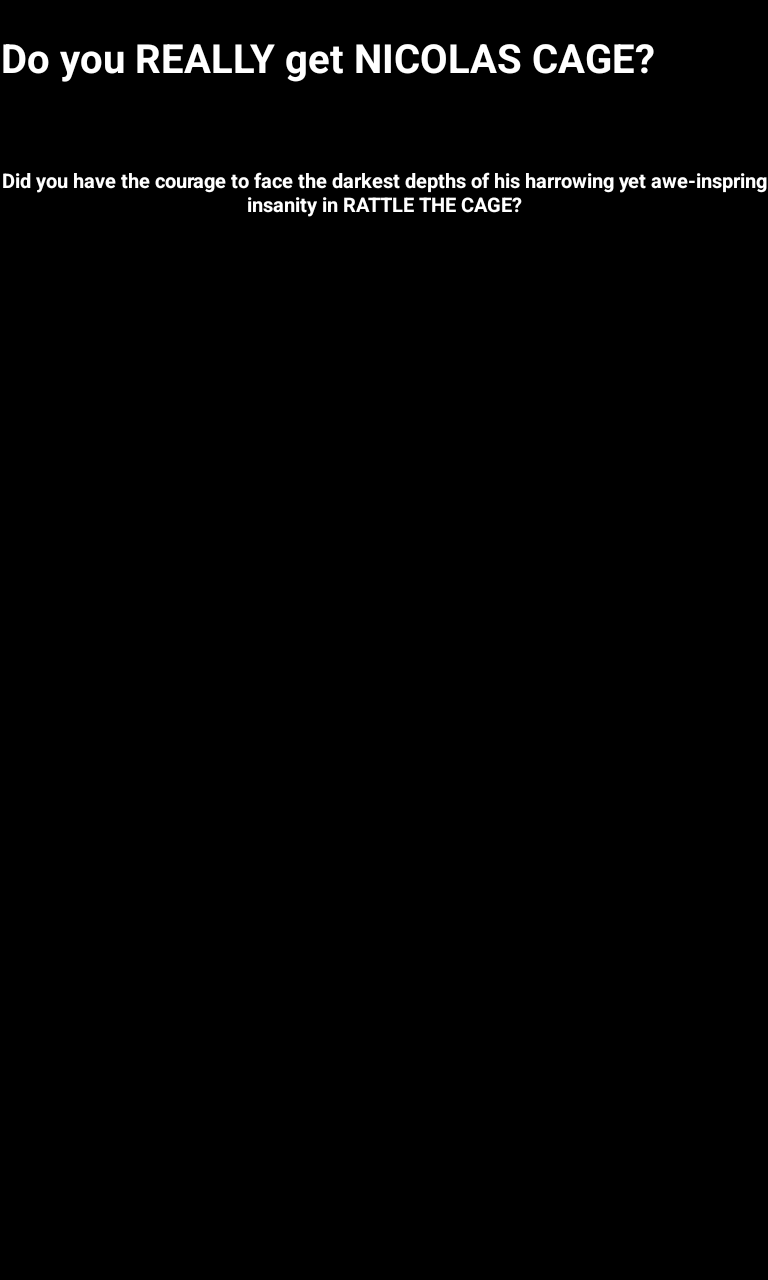
Repository: kylenicola/NicCageMobileApp
Layout: NicolasCageApp/res/layout/activity_score_menu.xml
The author's editor kept a copy of each file at every save. The layout is drawn from the files as they stood at one save, then again after a run of saves.
It is drawn on a 768 x 1280 px phone screen (xhdpi) without system bars, with theme AppTheme; the app's code is not run.

Above is the layout before, as saved 2014-12-04 02:14:04.

### NicolasCageApp/res/layout/activity_score_menu.xml
<?xml version="1.0" encoding="utf-8"?>

<LinearLayout xmlns:android="http://schemas.android.com/apk/res/android"
	android:layout_width="match_parent"
	android:layout_height="match_parent"
	android:background="@android:color/background_dark"
	android:orientation="vertical" >

	 <TextView
	     android:id="@+id/scoreMenuTitle"
	     android:layout_width="wrap_content"
	     android:layout_height="wrap_content"
	     android:gravity="center"
	     android:layout_marginTop="15dp"
	     android:text="@string/score_menu_title"
	     android:textSize="20sp"
	     android:textStyle="bold"
	     android:textColor="@android:color/white" />

	 <Button
		android:id="@+id/button_scoreRattleTheCage"
	    android:layout_width="wrap_content"
	    android:layout_height="wrap_content"
	    android:layout_gravity="center"
	    android:layout_marginTop="30dp"
	    android:background="android:color/dkgray"
	    android:text="@string/rattle_the_cage_score_description"
	    android:textColor="@android:color/white"
	    android:textStyle="bold"
	    android:textSize="10sp"
	    android:OnClick="onClickRattleTheCageScore" />




</LinearLayout>

### NicolasCageApp/res/values/strings.xml
<?xml version="1.0" encoding="utf-8"?>
<resources>

    <string name="app_name">NicolasCageApp</string>
    <string name="hello_world">Hello world!</string>
    <string name="action_settings">Settings</string>
    <string name="title_activity_abcs_with_nic">AbcsWithNic</string>
    <string name="takeQuiz">TAKE THE QUIZ</string>
    <string name="title_activity_settings">Settings</string>
    <string name="slow_down_ABCs">Slow down A, B, C game</string>
    <string name="noSlowDown">NICOLAS CAGE SLOWS DOWN FOR NO MAN</string>
    <string name="score_title">Scores</string>
    <string name="rattle_the_cage_title">Rattle The Cage</string>
    <string name="rattle_the_cage_label">Total Score: </string>
    <string name="title_activity_score_menu">ScoreMenu</string>
    <string name="score_menu_title">Do you REALLY get NICOLAS CAGE?</string>
    <string name="rattle_the_cage_score_description">Did you have the courage to face the darkest depths of his harrowing yet awe-inspring insanity in RATTLE THE CAGE?</string>
    <string name="title_activity_rattle_the_cage_score">RattleTheCageScore</string>

</resources>

Loaded but not shown: NicolasCageApp/res/values/styles.xml (common file); NicolasCageApp/res/values-v11/styles.xml (common file); NicolasCageApp/res/values-v14/styles.xml (common file)

After the next 2 saves:
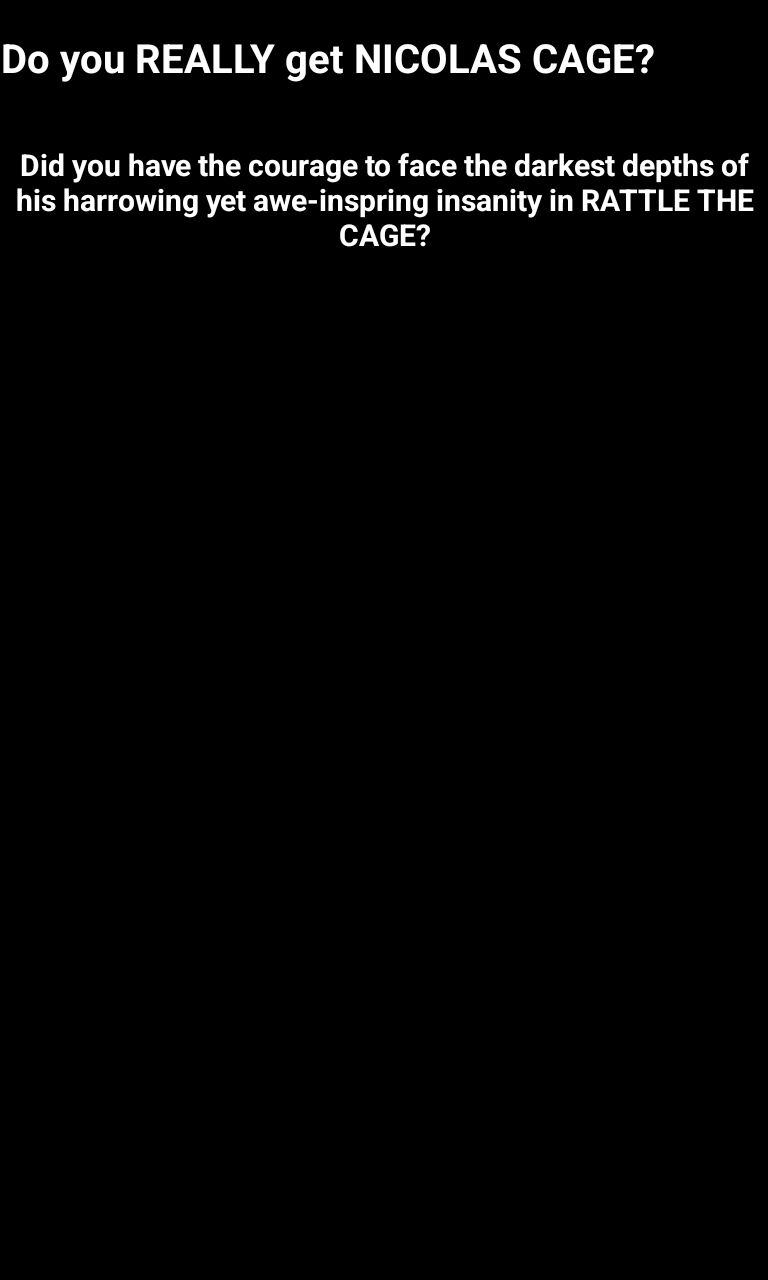
The 2 saves are shown as one change because they came seconds apart.
The last was saved 12 s later.
--- a/NicolasCageApp/res/layout/activity_score_menu.xml
+++ b/NicolasCageApp/res/layout/activity_score_menu.xml
@@ -27,7 +27,7 @@
 	    android:text="@string/rattle_the_cage_score_description"
 	    android:textColor="@android:color/white"
 	    android:textStyle="bold"
-	    android:textSize="10sp"
+	    android:textSize="15sp"
 	    android:OnClick="onClickRattleTheCageScore" />
 
 
